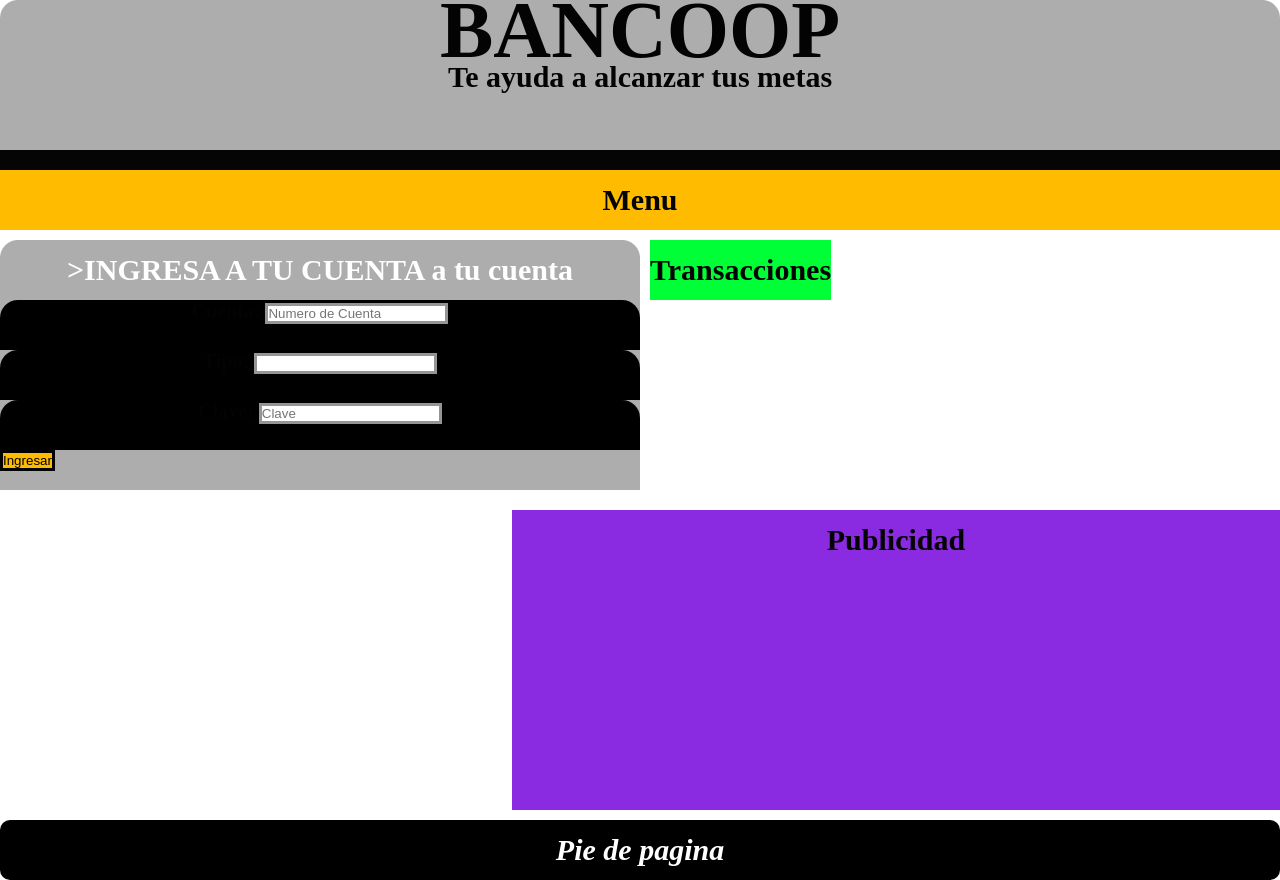
Repository: NickArregoces/BANCOOP
Page: Index.html
These files come from the project's save history. The page is drawn as it stood at one moment and after the next save; the edit follows.
The browser window is 1280 px wide. The pictures show the whole page.

Above is the page before, as saved 2021-09-29 16:51:41.

### Index.html
<!DOCTYPE html>
<html lang="en">
<head>
    <meta charset="UTF-8">
    <meta http-equiv="X-UA-Compatible" content="IE=edge">
    <meta name="viewport" content="width=device-width, initial-scale=1.0">
    <title>BANCOOP Home</title>
    <link rel="stylesheet" href="/CSS/Style.css">
</head>
<body>
    <div id="contenido">
        <header>
            <link rel="stylesheet" href="">
            <h1>BANCOOP</h1>
            <h3>Te ayuda a alcanzar tus metas</h3>
        </header>
        <nav class="barra">

        </nav>
        <nav class="Menu">
            <h2>Menu</h2>
        </main>

        <div id="form">
            <form action="" class="login">
                <h2 style="color: white;">>INGRESA A TU CUENTA a tu cuenta</h2>
                <h3 >Cuenta:  <input type="number" placeholder="Numero de Cuenta"></h3>

                <h3>Tipo: <input type="text"></h3>

                <h3>Clave: <input type="password" placeholder="Clave"></h3>
                <button class="sumbit"> Ingresar </button>
            </form>

                 <div>
                        <section  id="Transacciones">
                            <article>
                                <h2>Transacciones</h2>
                            </article>
                        </section>
                            <aside>
                                <h2>Publicidad</h2>
                            </aside>
                                <footer>
                                    <h2>Pie de pagina</h2>
                                </footer>
                </div>

        </div>
    </div>

</body>
</html>

### CSS/Style.css

*{
    margin: 0px;
    padding: 0px;
}
body{
    background: rgb(255, 255, 255);
    color: rgb(3, 3, 3);
}
header{
    width: 100%;
    margin: auto;
    background: rgb(173, 173, 173);
    border-top-left-radius:  18px;
    border-top-right-radius:  18px;
    height: 150px;
}
    header h1{
        font-size: 80px;
        text-align: center;
        line-height: 60px;
    }
    header h3{
        font-size: 30px;
        text-align: center;

}
nav.barra{
    background: rgb(5, 5, 5);
    height: 20px;
}

nav.Menu{
    background: rgb(255, 187, 0);
    height: 60px;
}
    nav.Menu h2{
        font-size: 30px;
        text-align: center;
        line-height: 60px;
}
form{
    background: rgb(173, 173, 173);
    border-top-left-radius: 18px;
    border-top-right-radius: 18px;
    float: left;
    width: 50%;
    margin-top: 10px;
    margin-right:10px;
    margin-bottom: 10px;
    height: 250px;
}
    .login h3{
        font-size: 20px;
        height: 50px;
        text-align: center;
        background: black;
        border-top-left-radius: 18px;
        border-top-right-radius: 18px;
    }
    form input{
        border: solid rgb(149, 149, 149);
    }
    button{
        background-position: center;
        background: rgb(255, 187, 0);
        border: solid black;
    }

article {
    float:left;
    background: rgb(0, 255, 55);
    margin-top: 10px;
    margin-right:10px;
    margin-bottom: 10px;
}
    article h2{
        font-size: 30px;
        text-align: center;
        line-height: 40px;

    }
aside{
    width: 60%;
    height: 300px;
    background: blueviolet;
    margin-top: 10px;
    float: right;
    margin-bottom: 10px;
}
aside h2{
    font-size: 30px;
    text-align: center;
    line-height: 40px;
}
footer{
    background: black;
    clear: both;
    border-radius: 10px;
}
footer h2{
    font-size: 30px;
    text-align: center;
    line-height: 40px;
    color: white;
    font-style:italic;

}

After the next save:
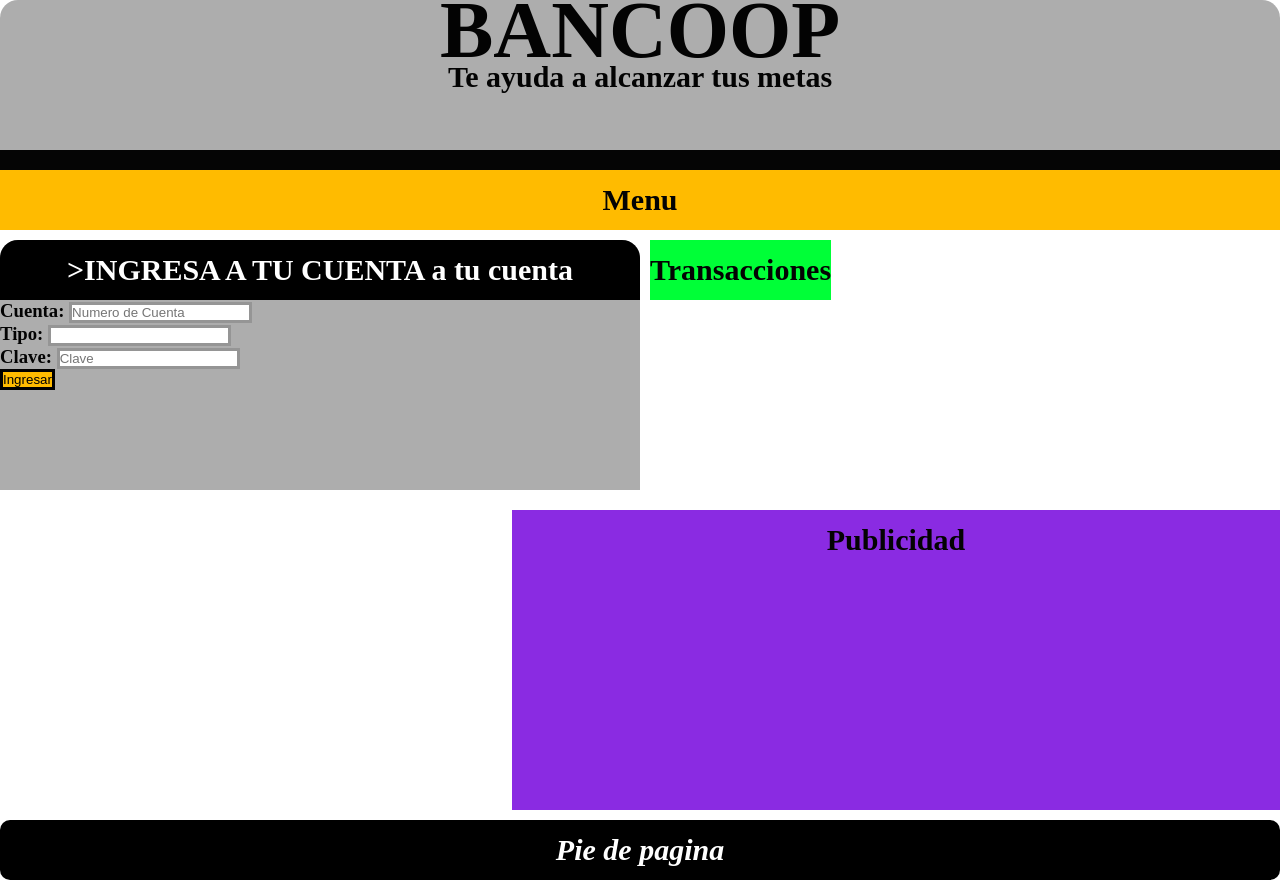
Saved 2 s later.
--- a/CSS/Style.css
+++ b/CSS/Style.css
@@ -50,9 +50,8 @@ form{
     margin-bottom: 10px;
     height: 250px;
 }
-    .login h3{
-        font-size: 20px;
-        height: 50px;
+    .login h2{
+        font-size: 18px;
         text-align: center;
         background: black;
         border-top-left-radius: 18px;
